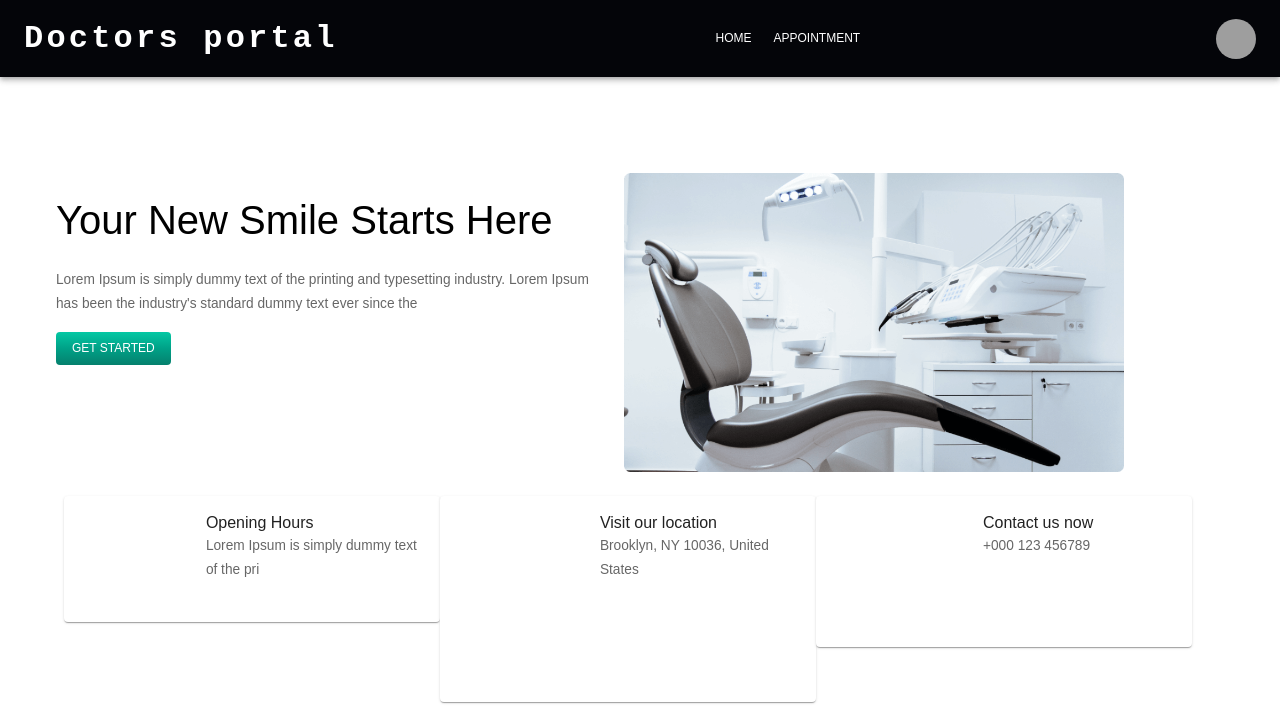
Repository: mdrubel02/health-care
Page: /
An editor plug-in stored every save of this project. The page is shown before and after the next save, followed by the edit.
The browser window is 1280 px wide. The pictures show the whole page.
Pictures or frames that could not be fetched are drawn as grey boxes. The project was rebuilt for these pictures with package versions that can differ from the ones it lists, and the page was loaded fresh each time. Also part of the build but not shown: src/Pages/Appointment/Appointment.js.

Above is the page before, as saved 2022-11-15 11:19:58.

After the next save:
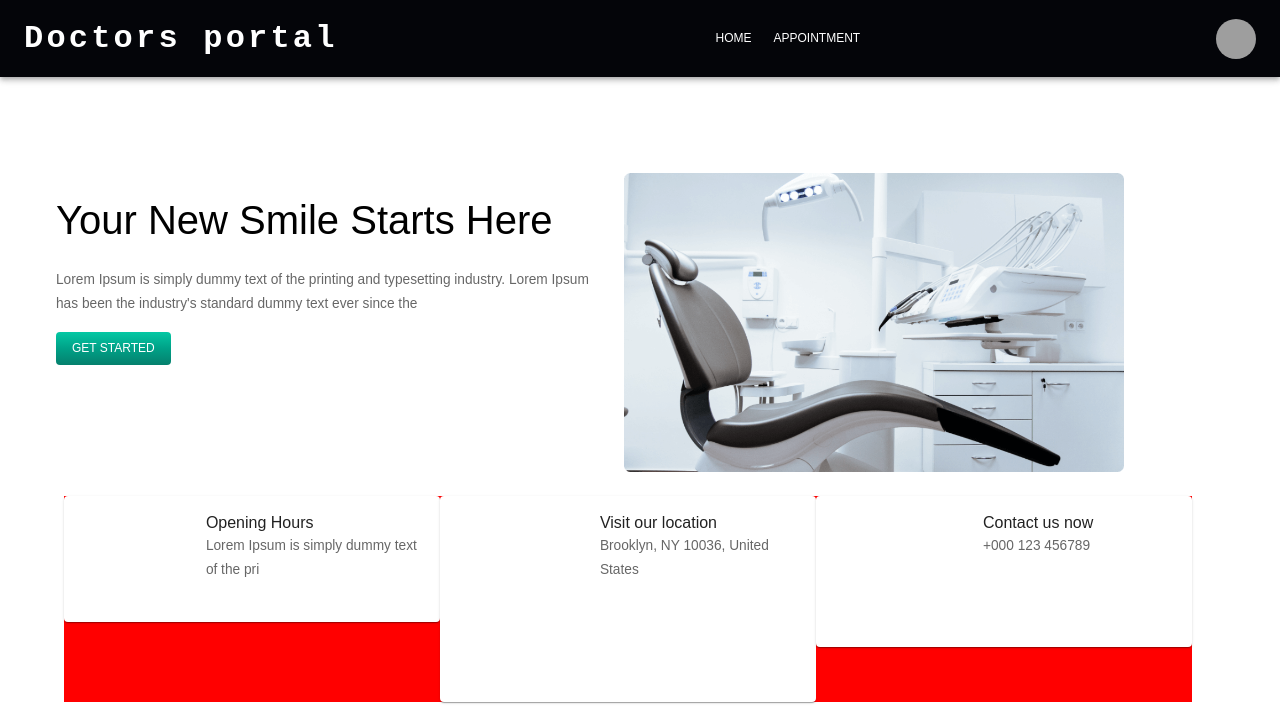
Saved 48 s later.
--- a/src/Pages/Home/Information/Information.js
+++ b/src/Pages/Home/Information/Information.js
@@ -16,7 +16,7 @@ const Information = () => {
             <Box sx={{ flexGrow: 1 }}>
                 <Grid container spacing={{ xs: 2, md: 3 }} columns={{ xs: 4, sm: 8, md: 12 }}>
                     {items.map((item) => (
-                        <Grid  xs={2} sm={4} md={4} key={item.id}>
+                        <Grid sx={{backgroundColor: 'red'}} xs={2} sm={4} md={4} key={item.id}>
                             <Card sx={{ display: 'flex'  }}>
                                 <CardMedia
                                     component="img"
